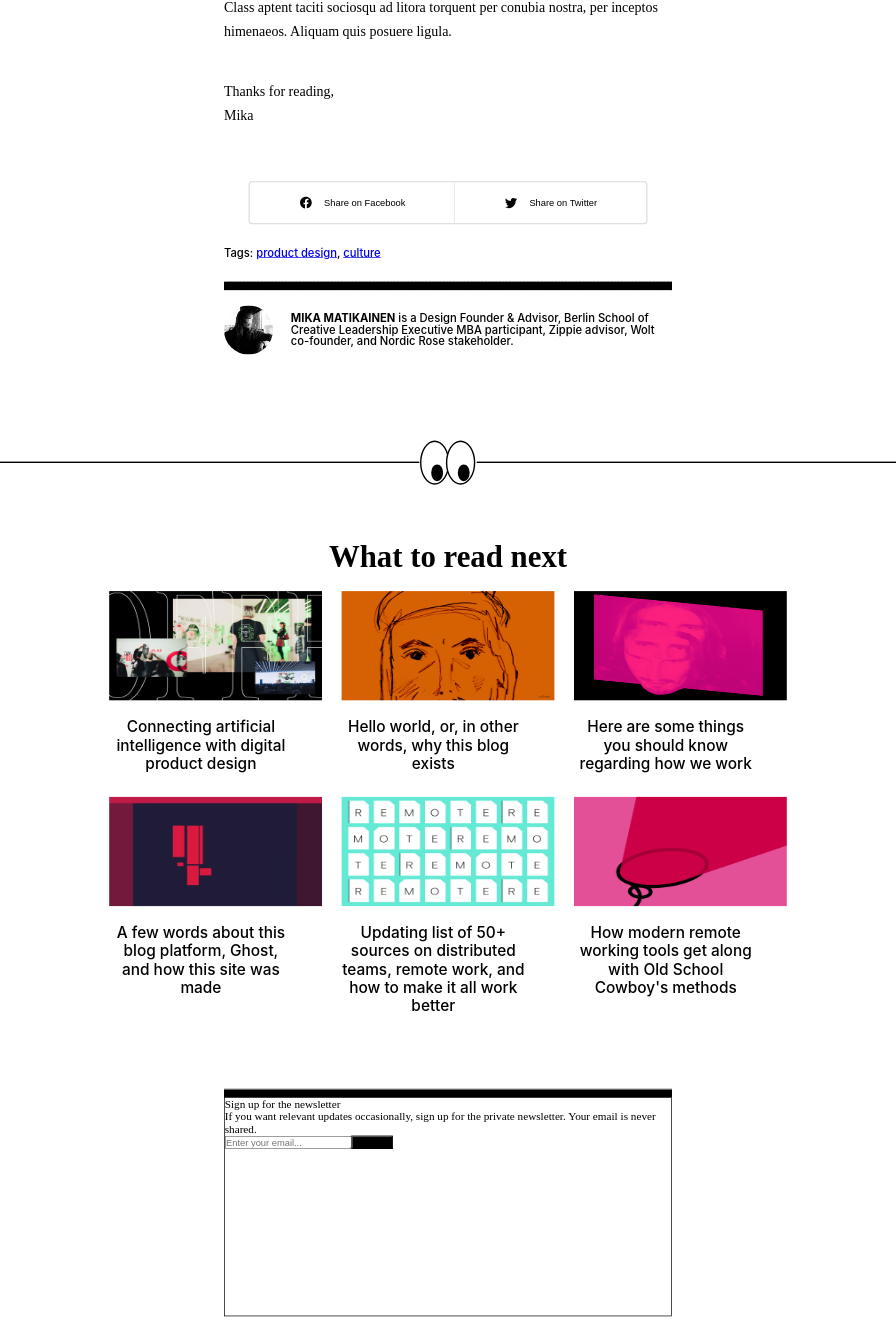
Repository: ThuTrang-jvb/JVB-BT1
Page: Page 3/article.html
An editor plug-in stored every save of this project. The page is shown before and after a run of saves, followed by the edit.
The browser window is 1280 px wide. The pictures show the part of the page from y = 3409 to 5329 px (the page is 5851 px tall), at 70% of full size.

Above is the page before, as saved 2025-06-30 10:13:19.

### Page 3/article.html
<!DOCTYPE html>
<html lang="en">
<head>
    <meta charset="UTF-8">
    <meta name="viewport" content="width=device-width, initial-scale=1.0">
    <link rel="stylesheet" href="styleArticle.css">
    <link href="https://fonts.googleapis.com/css2?family=Playfair+Display&display=swap" rel="stylesheet">
    <title>Article</title>
</head>
<body>
    <div class="header">
        <h1>NORDIC ROSE</h1>
        <div class="nav">
            <p class="active">blog</p>
            <p>about</p>
            <p>links</p>
            <p>projects</p>
        </div>
        <div class="hamburger">
            <span></span>
            <span></span>
            <span></span>
        </div>
    </div>
    <hr>
    <div class="main">
        <div class="title">
            <h1>A few words about this blog platform, Ghost, and how this site was made</h1>
            <p>Why Ghost (& Figma) instead of Medium, <br> WordPress or other options?</p>
            <img src="image/image 2.png" alt="image 2">
            <hr>
        </div>
        <div class="status">
            <div class="status_img">
                <img src="image/anh_nen.png" alt="image 3">
                <div class="status_text">
                    <p class="bold_p">Mika MAtikainen</p>
                    <p>Apr 15, 2020 · 4 min read</p>
                </div>

            </div>

            <div class="share-buttons">
                <button class="share-btn" aria-label="Share on Facebook">
                    <svg width="18" height="18" viewBox="0 0 24 24" fill="#000" xmlns="http://www.w3.org/2000/svg">
                    <path d="M22 12.07C22 6.48 17.52 2 12 2S2 6.48 2 12.07c0 5 3.66 9.13 8.44 9.93v-7.03h-2.54v-2.9h2.54V9.41c0-2.5 1.49-3.89 3.77-3.89 1.09 0 2.24.2 2.24.2v2.46h-1.26c-1.24 0-1.63.77-1.63 1.56v1.87h2.78l-.44 2.9h-2.34v7.03C18.34 21.2 22 17.07 22 12.07z"/>
                    </svg>
                </button>
                <button class="share-btn" aria-label="Share on Twitter">
                    <svg width="18" height="18" viewBox="0 0 24 24" fill="#000" xmlns="http://www.w3.org/2000/svg">
                    <path d="M22.46 6c-.77.35-1.6.58-2.46.69a4.28 4.28 0 0 0 1.88-2.36 8.56 8.56 0 0 1-2.71 1.04 4.26 4.26 0 0 0-7.26 3.88 12.09 12.09 0 0 1-8.77-4.45 4.26 4.26 0 0 0 1.32 5.69 4.23 4.23 0 0 1-1.93-.53v.05a4.26 4.26 0 0 0 3.42 4.17 4.29 4.29 0 0 1-1.92.07 4.26 4.26 0 0 0 3.98 2.96A8.54 8.54 0 0 1 2 19.54 12.07 12.07 0 0 0 8.29 21.5c7.55 0 11.68-6.26 11.68-11.68 0-.18 0-.35-.01-.53A8.36 8.36 0 0 0 22.46 6z"/>
                    </svg>
                </button>
            </div>
        </div>
        <div class="caption">
            <pre>Lorem ipsum dolor sit amet, consectetur adipiscing elit. Duis eu velit
tempus erat egestas efficitur. In hac habitasse platea dictumst. Fusce a
nunc eget ligula suscipit finibus. Aenean pharetra quis lacus at viverra.

Class aptent taciti sociosqu ad litora torquent per conubia nostra, per
inceptos himenaeos. Aliquam quis posuere ligula. In eu dui molestie, molestie
lectus eu, semper lectus.</pre>
            <h2>Next on the pipeline</h2>
            <pre>Duis eu velit tempus erat egestas efficitur. In hac habitasse platea
dictumst. Fusce a nunc eget ligula suscipit finibus. Aenean pharetra
quis lacus at viverra. Class aptent taciti sociosqu ad litora torquent per
conubia nostra, per inceptos himenaeos.

Morbi efficitur auctor metus, id mollis lorem pellentesque id. Nullam
posuere maximus dui et fringilla. </pre>
            <figure>
                <img src="image/3cc5df540f70fc0ba5d96cdc94c3d237971a9b6e.jpg" alt="Rectangle 8">
                <figcaption>Image caption centered this way and I’ll make this a bit longer to indicate the amount of line-height. </figcaption>
            </figure>
            <pre>Aenean pharetra quis lacus at viverra. Class aptent taciti sociosqu ad
litora torquent per conubia nostra, per inceptos himenaeos. Aliquam
quis posuere ligula.

In eu dui molestie, molestie lectus eu, semper lectus. Proin at justo
lacinia, auctor nisl et, consequat ante. Donec sit amet nisi arcu. Morbi
efficitur auctor metus, id mollis lorem pellentesque id. Nullam
posuere maximus dui et fringilla. Nulla non volutpat leo.</pre>
            <p>A list looks like this:</p>
            <ul>
                <li>First item in the list</li>
                <li>Second item in the list lorem ipsum dolor sit amet nunc felis dolor lorem ipsum sit amet</li>
                <li>Third item in the list</li>
            </ul>
            <p>Class aptent taciti sociosqu ad litora torquent per conubia nostra, per inceptos himenaeos. Aliquam quis posuere ligula. </p>
            <p>Thanks for reading,<br>
            Mika</p>
        </div>
        <div class="links">
            <div class="share-buttons">
                <button class="share-btn" aria-label="Share on Facebook">
                    <svg width="18" height="18" viewBox="0 0 24 24" fill="#000" xmlns="http://www.w3.org/2000/svg">
                        <path d="M22 12.07C22 6.48 17.52 2 12 2S2 6.48 2 12.07c0 5 3.66 9.13 8.44 9.93v-7.03h-2.54v-2.9h2.54V9.41c0-2.5 1.49-3.89 3.77-3.89 1.09 0 2.24.2 2.24.2v2.46h-1.26c-1.24 0-1.63.77-1.63 1.56v1.87h2.78l-.44 2.9h-2.34v7.03C18.34 21.2 22 17.07 22 12.07z"/>
                        <span>Share on Facebook</span>
                    </svg>
                </button>
                <button class="share-btn" aria-label="Share on Twitter">
                    <svg width="18" height="18" viewBox="0 0 24 24" fill="#000" xmlns="http://www.w3.org/2000/svg">
                    <path d="M22.46 6c-.77.35-1.6.58-2.46.69a4.28 4.28 0 0 0 1.88-2.36 8.56 8.56 0 0 1-2.71 1.04 4.26 4.26 0 0 0-7.26 3.88 12.09 12.09 0 0 1-8.77-4.45 4.26 4.26 0 0 0 1.32 5.69 4.23 4.23 0 0 1-1.93-.53v.05a4.26 4.26 0 0 0 3.42 4.17 4.29 4.29 0 0 1-1.92.07 4.26 4.26 0 0 0 3.98 2.96A8.54 8.54 0 0 1 2 19.54 12.07 12.07 0 0 0 8.29 21.5c7.55 0 11.68-6.26 11.68-11.68 0-.18 0-.35-.01-.53A8.36 8.36 0 0 0 22.46 6z"/>
                    <span>Share on Twitter</span>
                    </svg>
                </button>
            </div>
        </div>
        <div class="tag">
            <p>Tags: <a href="#">product design</a>, <a href="#">culture</a></p>
            <hr>
            <div class="status_tag">
                <img src="image/anh_nen.png" alt="image 3">
                <div class="status_text_end">
                    <p> <b>MIKA MATIKAINEN</b> is a Design Founder & Advisor, Berlin School of Creative Leadership Executive MBA participant, Zippie advisor, Wolt co-founder, and Nordic Rose stakeholder.  </p>
                </div>

            </div>
        </div>
    </div>
    <div class="divider">
        <div class="path"></div>
        <div class="eyes">
            <div class="eye eye-left">
                <div class="pupil"></div>
            </div>
            <div class="eye eye-right">
                <div class="pupil"></div>
            </div>
        </div>
        <div class="path"></div>
    </div>
    <div>
        <h3>What to read next</h3>
        <div class="image">
            <div class="image_line">
                <img src="image/image1.png" alt="Rectangle 4">
                <p>Connecting artificial intelligence with digital product design</p>
            </div>
            <div class="image_line">
                <img src="image/image2.png" alt="Rectangle 11">
                <p>Hello world, or, in other words, why this blog exists</p>
            </div>
            <div class="image_line">
                <img src="image/image.png" alt="Rectangle 10">
                <p>Here are some things you should know regarding how we work </p>
            </div>
        </div>
        <div class="image_desktop">
            <div class="image_line">
                <img src="image/image13.png" alt="Rectangle 37">
                <p>A few words about this blog platform, Ghost, and how this site was made</p>
            </div>
            <div class="image_line">
                <img src="image/image12.png" alt="Rectangle 39">
                <p>Updating list of 50+ sources on distributed teams, remote work, and how to make it all work better</p>
            </div>
            <div class="image_line">
                <img src="image/image11.png" alt="Rectangle 38">
                <p>How modern remote working tools get along with Old School Cowboy's methods</p>
            </div>
        </div>
    </div>
    <hr>
    <div class="frame">
        <p class="sign">Sign up for the newsletter</p>
        <p>If you want relevant updates occasionally, sign up for the private newsletter. Your email is never shared. </p>
        <div class="email">
            <input type="email" placeholder="Enter your email...">
            <button>SIGN UP</button>
        </div>
    </div>



    <div class="footer">
        <div class="line-wrap">
            <div class="line">
                <span class="bold">Digital product design</span>
                <span>Remote work</span>
                <span class="bold">UX design</span>
                <span>Distributed teams</span>
                <span class="bold">Creativity</span>
                <span>Strategy</span>
                <span class="bold">Suspense</span>
                <span>Growth</span>
            </div>
        </div>
        <p class="logo">NORDIC ROSE</p>
        <p class="para">Lorem ipsum dolor sit amet, consectetur adipiscing elit. Duis eu velit tempus erat egestas efficitur. In hac habitasse platea dictumst. Fusce a nunc eget ligula suscipit finibus. </p>
        <div class="info">
            <p>Twitter</p>
            <p>LinkedIn</p>
            <p>RSS</p>
        </div>
        <p class="year">© 2012–2020 Nordic Rose Co. All rights reserved. </p>
    </div>
</body>
</html>

### Page 3/styleArticle.css
 * {
    margin: 0;
    padding: 0;
    box-sizing: border-box;
 }
.header {
    width: 100%;
    max-width: 1440px;
    height: auto;
    box-sizing: border-box;
    justify-content: space-between;
    align-items: center;
    display: flex;
    gap: 476.59px;
    padding: 52.54px 61px 40px 63.58px;
    height: 134px;
}
.header h1 {
    font-weight: 400;
    font-size: 30px;
}
.hamburger {
  display: none;
  flex-direction: column;
  gap: 5px;
  cursor: pointer;
}

.hamburger span {
  width: 25px;
  height: 3px;
  background-color: black;
  display: block;
  border-radius: 2px;
}
.nav {
    display: flex;
    justify-content: center;
    gap: 34px;
}
.nav p {
    position: relative;
    font-family: New York Small;
    font-weight: 500;
    font-size: 20px;
    line-height: 170%;
    letter-spacing: 2.8px;
    text-align: center;
    text-transform: uppercase;
    margin: 0;
    text-decoration: none;

}

.nav p.active::after {
    content: "";
    position: absolute;
    bottom: -43px;
    left: 50%;
    transform: translateX(-50%);
    width: 50px;
    height: 2px;
    background-color: #000;
}

hr {
  width: 100vw;
  border: none;
  border-top: 1px solid #ccc;
  margin: 0;
}
.title img {
    width: 100vw;
    height: auto;
    display: block;
    padding-bottom: 44px;
    margin: 0 auto;
}
.title h1 {
    font-family: New York Extra Large;
    font-weight: 700;
    font-size: 54px;
    line-height: 100%;
    letter-spacing: 0%;
    text-align: center;
    margin: 0 auto;
    max-width: 858px;
    padding-top: 52px;
    padding-bottom: 32px;
}
.title p {
    font-family: SF Mono;
    font-weight: 400;
    font-size: 20px;
    line-height: 170%;
    letter-spacing: 0%;
    text-align: center;
    max-width: 592px;
    margin: 0 auto;
    padding-bottom: 52px;

}
.title hr {
    border: 2px solid #000000;
    width: 640px;
    display: block;
    margin: 0 auto;
}
.status_img img {
    width: 56px;
    height: 56px;
    object-fit: cover;
    border-radius: 50%;
}
.share-buttons {
    display: flex;
    border: 2px solid #e0e0e0;
    border-radius: 5px;
    overflow: hidden;
    width: fit-content;
    background-color: #fff;
    margin-left: 273px;
    margin-top: 1px;
}
.share-btn {
    border: none;
    padding: 12.04px 25px;
    background: transparent;
    cursor: pointer;
    display: flex;
    align-items: center;
    justify-content: center;
    outline: none;
    gap: 16px;
}

.share-btn + .share-btn {
    border-left: 1px solid #e0e0e0;
}

.share-btn svg {
    width: 20px;
    height: 20px;
}
.status {
    display: flex;
    justify-content: center;
    align-items: center;
}
.status_img {
    display: flex;
    align-items: center;
    gap: 5px;
    padding-top: 24px;
    padding-bottom: 53px;
}
.bold_p {
    max-width: 191px;
    font-family: SF Pro Text;
    font-weight: 700;
    font-size: 16px;
    line-height: 100%;
    letter-spacing: 5%;
    text-transform: uppercase;
}
.status_text p {
    font-family: SF Pro Text;
    font-weight: 400;
    font-size: 16px;
    line-height: 100%;
    letter-spacing: 0%;
}
.status_text {
    padding-top: 5px;
}
.caption pre{
    text-align: left;
    margin: 0 auto;
    max-width: 640px;
    font-family: 'SF Pro Text', 'New York Medium', serif;
    font-weight: 400;
    font-size: 20px;
    line-height: 170%;
    letter-spacing: 0%;

}

.caption h2 {
    font-family: SF Pro Display;
    font-weight: 700;
    font-size: 32px;
    line-height: 160%;
    letter-spacing: 0%;
    padding-top: 57px;
    padding-bottom: 24px;
    text-align: left;
    max-width: 640px;
    margin: 0 auto;
}
.caption img {
    width: 854px;
    height: 570px;
    display: block;
    margin: 0 auto;
    padding-top: 52px;
    padding-bottom: 12px;
}
figcaption {
    max-width: 481px;
    text-align: center;
    margin: 0 auto;
    padding-bottom: 52px;
}
.caption p {
    font-family: New York Medium;
    font-weight: 400;
    font-size: 20px;
    line-height: 170%;
    letter-spacing: 0%;
    text-align: left;
    margin: 0 auto;
    max-width: 640px;
    padding-top: 52px;
}
li {
    font-family: New York Medium;
    font-weight: 400;
    font-size: 20px;
    line-height: 170%;
    letter-spacing: 0%;
    text-align: left;
    margin: 0 auto;
    max-width: 588px;
}
ul {
    padding-top: 19px;
}
.links {
    display: block;
    margin: 0 auto;
    padding-top: 77px;

}
.links .share-buttons{
    margin: 0 auto;
}
.links .share-btn {
    padding: 19px 70px;
}
.tag p {
    max-width: 640px;
    text-align: left;
    margin: 0 auto;
    padding-top: 32px;
    padding-bottom: 34px;
    font-family: SF Pro Text;
    font-weight: 500;
    font-size: 16px;
    line-height: 100%;
    letter-spacing: 3%;

}
.tag hr {
    border: 1px dotted #000000;
    width: 640px;
    display: block;
    margin: 0 auto;
}
.status_text_end {
    display: flex;
    max-width: 543px;
    text-align: left;
    margin: 0 auto;
    font-family: SF Pro Text;
    font-weight: 400;
    font-size: 16px;
    line-height: 160%;
    letter-spacing: 5%;

}
.status_tag img {
    width: 70px;
    height: 70px;
    object-fit: cover;
    border-radius: 50%;
}
.status_tag {
    display: flex;
    align-items: center;
    gap: 24px;
    max-width: 640px;
    margin: 0 auto;
}



.footer {
    background-color: #000000;
    color: white;
    text-align: center;
    padding-bottom:32px;
}
.bold {
    font-weight: 800;
}
.line {
    display: flex;
    flex-wrap: nowrap;
    overflow-x: auto;
    max-width: 100%;
    letter-spacing: 2.8px;
    white-space: nowrap;
    padding-bottom: 105.12px;
    scrollbar-width: none;
    gap: 10px;
}
.line::-webkit-scrollbar {
    display: none;
}
.line-wrapper {
  width: 100vw;
  overflow-x: auto;
}
.line span {
    font-family: SF Pro Text;
      font-size: 20px;
      color: #fff;
      text-transform: uppercase;
      display: inline-flex;
      flex-wrap: nowrap;
      justify-content: center;
      flex-shrink: 0;
      line-height: 28px;
}
    .divider {
      display: flex;
      align-items: center;
      justify-content: center;
      margin: 100px 0 40.71px;
    }

    .path {
      flex: 1;
      height: 2.5px;
      background-color: black;
    }

    .eyes {
      display: flex;
      width: 82px;
      height: 64px;
      align-items: center;
      position: relative;
    }

    .eye {
      width: 42.29px;
      height: 62.86px;
      background: white;
      border: 2.5px solid black;
      border-radius: 50%;
      position: absolute;
    }

    .eye-left {
      left: 0.5px;
    }

    .eye-right {
      left: 38px;
    }

    .pupil {
      width: 17.14px;
      height: 24.29px;
      background: black;
      border-radius: 50%;
      position: absolute;
      top: 55%;
      left: 38%;
    }
.image, .image_desktop {
    display: grid;
    grid-template-columns: repeat(3, 0fr);
    justify-content: center;
    gap: 28px
}
.image_line img {
    width: 304px;
    height: 176px;
    padding-bottom: 20px;
}
.image_line p {
    font-family: SF Pro Display;
    font-weight: 500;
    font-size: 22px;
    line-height: 120%;
    letter-spacing: 0%;
    text-align: center;
    max-width: 262px;
    padding-bottom: 34px;
}
h3 {
    font-family: New York Extra Large;
    font-weight: 700;
    font-size: 44px;
    line-height: 100%;
    letter-spacing: 0%;
    text-align: center;
    padding-top: 40.71px;
    padding-bottom: 27px;
}
.email {
    display: flex;
}
.frame {
    width: 640px;
    height: 313px;
    border: 1px solid #000000;
    display: block;
    margin: 0 auto 111px;
}
hr {
    background: #000000;
    width: 640px;
    height: 12px;
    display: block;
    margin: 0 auto;
    margin-top: 71px;
}
button {
    background-color: #000000;
}










.footer h1 {
    padding-bottom: 25.58px;
}
.para {
    font-family: New York Small;
    font-weight: 400;
    font-size: 16px;
    line-height: 140%;
    text-align: center;
    max-width: 488px;
    padding-bottom: 32px;
    margin: 0 auto;
}
.info {
    display: flex;
    justify-content: center;
    max-width: 209px;
    padding-bottom: 64px;
    margin: 0 auto;
}

.info p {
    margin: 0;
    font-family: SF Pro Text;
    font-weight: 500;
    font-size: 16px;
    line-height: 170%;
    text-decoration: underline;
    padding-right: 28px;
}
.logo {
    margin: 0;
    font-weight: 400;
    font-size: 30px;
    padding-bottom: 25.58px;
}
.footer .year {
    max-width: 178px;
    text-align: center;
    margin: 0 auto;
}
@media screen and (max-width: 767px) {
    .header {
        padding: 24px 20px;
        gap: 0;
    }

    .nav {
        display: none;
    }

    .hamburger {
        display: flex;
    }
    hr {
        width: 100%;
    }
    .main {
        padding: 52px 0 0 0;
    }

    .title img {
        width: 100%;
        height: auto;
        display: block;
        margin: 0;
    }

    .title h1 {
        font-size: 36px;
        max-width: 100%;
        text-align: center;
        padding-bottom: 24px;
        margin: 0 auto;
    }

    .title p {
        font-size: 16px;
        max-width: 90%;
        text-align: center;
        padding-bottom: 36px;
    }

    .title hr {
        width: 90%;

    }




    .line {
        margin: 0;
        padding-bottom: 32px;
        justify-content: flex-start;
        max-width: 100vw;
        overflow-x: auto;
    }

    .line span {
        font-size: 14px;
        line-height: 24px;
    }

    .logo {
        font-size: 20px;
        padding-bottom: 16px;
    }

    .para {
        font-size: 14px;
        padding-bottom: 32px;
        margin: 0 auto;
        max-width: 90%;
    }

    .info {
        justify-content: center;
        gap: 16px;
        font-size: 14px;
        padding-bottom: 64px;
        max-width: 100%;
    }

    .footer .year {
        font-size: 12px;
        padding: 0 16px;
    }
}

After the next 5 saves:
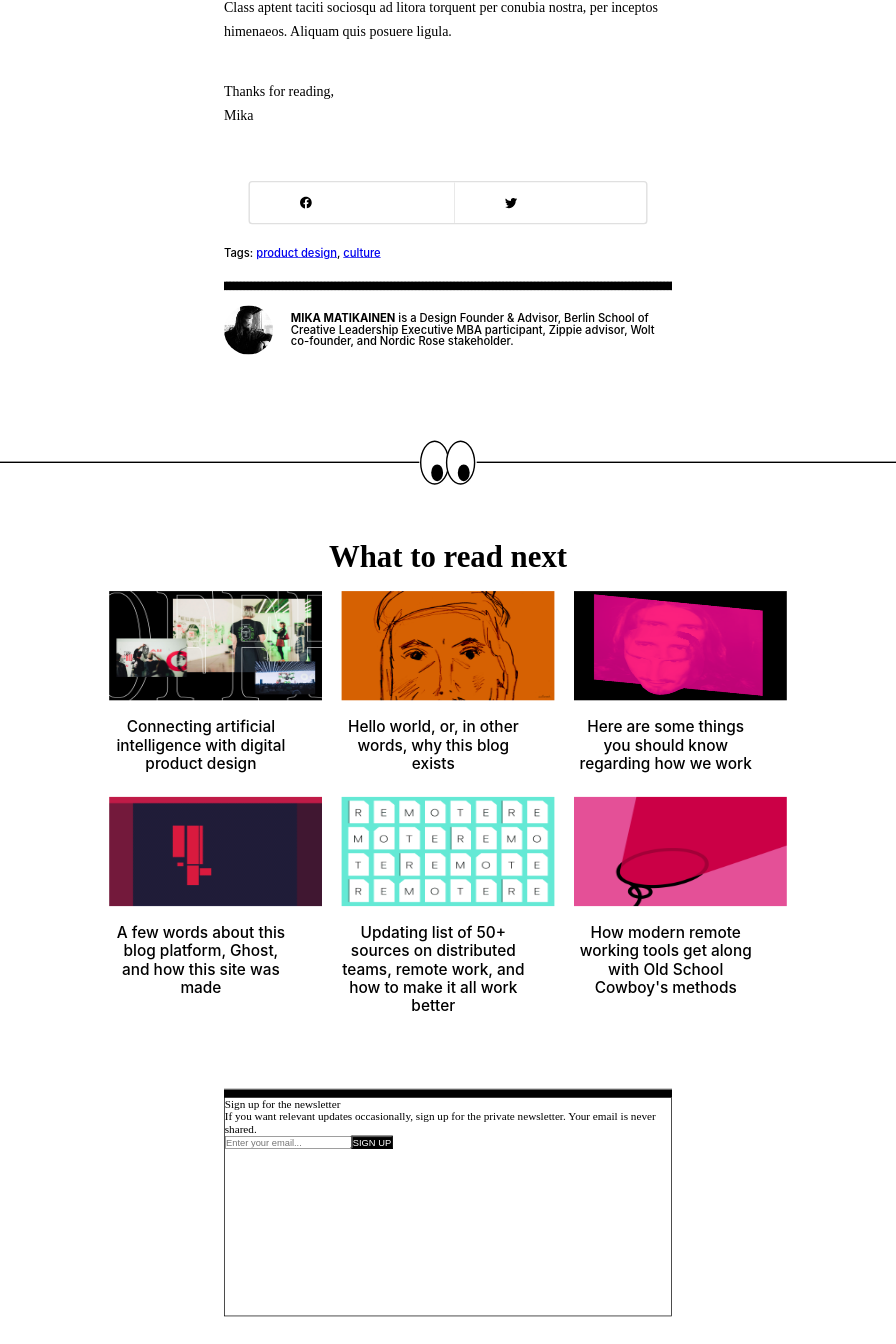
The 5 saves are shown as one change because they came seconds apart.
The last was saved 12 s later.
--- a/Page 3/styleArticle.css
+++ b/Page 3/styleArticle.css
@@ -430,6 +430,7 @@ hr {
 }
 button {
     background-color: #000000;
+    color: white;
 }
 
 
